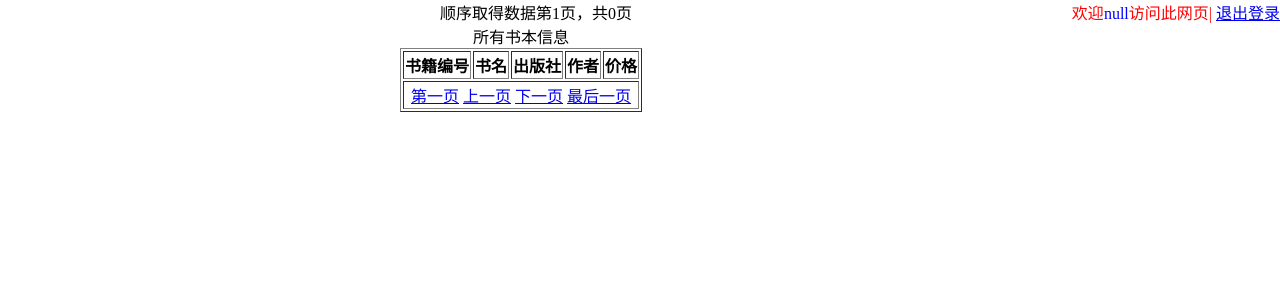
Repository: guirui-li/StudyJavaWeb
Page: http://localhost/JavawebTest/FenServlet?page=1
An editor plug-in stored every save of this project. The page is shown before and after the next save, followed by the edit.
The browser window is 1280 px wide. The pictures show the whole page.
The page is served by Tomcat 9. Other server files are loaded and not shown. Queries for data that is not in the repository find no rows.

Above is the page before, as saved 2019-05-03 07:50:32.

### JavawebTest/WebContent/experiment08/loginSuccess.jsp
<%@ page language="java" contentType="text/html; charset=UTF-8"
    pageEncoding="UTF-8"%>
<%@ page import="java.util.List" %>
<%@ page import="com.guirui.demo04.Book" %>
<!DOCTYPE html>
<html>
<head>
<meta charset="UTF-8">
<title>书本信息</title>
	<style type="text/css">
		body{
			position: relative;
			margin: 0;
			pause: 0;
		}
		#div{
			float: right;
			color: red;
		}
		#a{
			color:red;
		}
		#font{
			text-align: center;
		}
		#table{
			margin-left:400px;
			text-align: center;
		}
	</style>
</head>
<body>
	<%

		String name=(String)request.getSession().getAttribute("name");
		int pagee=(Integer)request.getAttribute("currPage");
		int pages=(Integer)request.getAttribute("pages");
	%>
	<div id="div">
		欢迎<font style="color:blue"><%=name%></font>访问此网页|
		<a href="experiment08/login.jsp">退出登录</a>
	</div>
	<div id="font">
		顺序取得数据第<%=pagee %>页，共<%=pages %>页
	</div>
	<table border="1" id="table">
		<caption >所有书本信息</caption>
		<tr>
			<th>书籍编号</th>
			<th>书名</th>
			<th>出版社</th>
			<th>作者</th>
			<th>价格</th>
		</tr>
		<%
			@SuppressWarnings("unchecked")
			List<Book> list=(List<Book>)request.getAttribute("list");
			for(Book b:list){
		%>
		<tr>
			<td><%=b.getBookID() %></td>
			<td><%=b.getBookName() %></td>
			<td><%=b.getPublishing_House() %></td>
			<td><%=b.getAuthor() %></td>
			<td><%=b.getPrice() %></td>
		</tr>
		<%
			}
		%>
		<tr>
			<td colspan=5>
				<%=request.getAttribute("bar") %>
			</td>
		</tr>
	</table>
</body>
</html>

### JavawebTest/src/com/guirui/demo04/FenServlet.java
package com.guirui.demo04;

import java.io.IOException;
import java.util.List;

import javax.servlet.ServletException;
import javax.servlet.annotation.WebServlet;
import javax.servlet.http.HttpServlet;
import javax.servlet.http.HttpServletRequest;
import javax.servlet.http.HttpServletResponse;

/**
 * Servlet implementation class FenServlet
 */
@WebServlet("/FenServlet")
public class FenServlet extends HttpServlet {
	private static final long serialVersionUID = 1L;

    /**
     * @see HttpServlet#HttpServlet()
     */
    public FenServlet() {
        super();
        // TODO Auto-generated constructor stub
    }

	/**
	 * @see HttpServlet#doGet(HttpServletRequest request, HttpServletResponse response)
	 */
	protected void doGet(HttpServletRequest request, HttpServletResponse response) throws ServletException, IOException {
		int currPage=1;      							//当前页数
		if(request.getParameter("page")!=null) {        //与当前页码是否相等
			currPage=Integer.parseInt(request.getParameter("page"));
		}
		Book book=new Book();
		List<Book> list=book.findAll(currPage);        //得到当前页码对应的数据库数据
		request.setAttribute("list", list);
		int pages;           				//总页数
		int count=book.findCount();         //总记录数
		if(count%Book.PAGE_SIZE==0) {       //对总页数赋值
			pages=count/Book.PAGE_SIZE;
		}else {
			pages=count/Book.PAGE_SIZE+1;
		}
		request.setAttribute("currPage", currPage);
		request.setAttribute("pages", pages);
		StringBuffer sb=new StringBuffer();
		sb.append("<a href='/JavawebTest/FenServlet?page="+1+"'>"+"第一页"+"</a>");
		sb.append(" ");
		if(currPage==1) {
			sb.append("<a href='/JavawebTest/FenServlet?page="+1+"'>"+"上一页"+"</a>");
			sb.append(" ");
		}else {
			sb.append("<a href='/JavawebTest/FenServlet?page="+(currPage-1)+"'>"+"上一页"+"</a>");
			sb.append(" ");
		}
		for(int i=1;i<=pages;i++) {
			if(i==currPage) {
				sb.append("<a href='/JavawebTest/FenServlet?page="+i+"' id='a'>"+i+"</a>");
			}else {
				sb.append("<a href='/JavawebTest/FenServlet?page="+i+"'>"+i+"</a>");
			}
			sb.append(" ");
		}
		if(currPage==pages) {
			sb.append("<a href='/JavawebTest/FenServlet?page="+pages+"'>"+"下一页"+"</a>");
			sb.append(" ");
		}else {
			sb.append("<a href='/JavawebTest/FenServlet?page="+(currPage+1)+"'>"+"下一页"+"</a>");
			sb.append(" ");
		}
		sb.append("<a href='/JavawebTest/FenServlet?page="+pages+"'>"+"最后一页"+"</a>");
		sb.append(" ");
		request.setAttribute("bar", sb.toString());
		request.getRequestDispatcher("/experiment08/loginSuccess.jsp").forward(request, response);
	}

	/**
	 * @see HttpServlet#doPost(HttpServletRequest request, HttpServletResponse response)
	 */
	protected void doPost(HttpServletRequest request, HttpServletResponse response) throws ServletException, IOException {
		// TODO Auto-generated method stub
		doGet(request, response);
	}

}

### JavawebTest/src/com/guirui/demo04/Book.java
package com.guirui.demo04;

import java.sql.Connection;
import java.sql.DriverManager;
import java.sql.PreparedStatement;
import java.sql.ResultSet;
import java.sql.SQLException;
import java.sql.Statement;
import java.util.ArrayList;
import java.util.List;

public class Book {
	private static final String forname="com.mysql.cj.jdbc.Driver";
	private static final String url="jdbc:mysql://localhost:3306/customer?serverTimezone=UTC";
	private static final String username="root";
	private static final String password="654321";
	public static final int PAGE_SIZE=3;
	String bookID;
	String bookName;
	String publishing_House;
	String author;
	int price;
	public Book(){}

	/**
	 * 쉔접宅MySQL鑒앴욋돨젯쌈
	 * @return럿쀼宅鑒앴욋돨젯쌈뚤蹶돨多痰
	 */
	public Connection getConnection(){
		Connection con = null;
		try {
			Class.forName(forname);
			con=DriverManager.getConnection(url,username,password);
		} catch (ClassNotFoundException e) {
			e.printStackTrace();
		}catch(SQLException e) {
			e.printStackTrace();
		}
		return con;
	}

	/**
	 *
	 * @param page 矜狼꿴璂돨女쯤
	 * @return 럿쀼page女뚤壇돨鑒앴
	 */
	public List<Book> findAll(int page) {
		List<Book> list=new ArrayList<Book>();
		String sql="select * from book order by bid limit ?,?";
		Connection conn=this.getConnection();
		PreparedStatement ps=null;
		ResultSet rs=null;
		try {
			ps=conn.prepareStatement(sql);
			ps.setInt(1, (page-1)*Book.PAGE_SIZE);
			ps.setInt(2, Book.PAGE_SIZE);
			rs=ps.executeQuery();
			while(rs.next()) {
				Book book=new Book();
				book.setBookID(rs.getString("bid"));
				book.setBookName(rs.getString("bname"));
				book.setPublishing_House(rs.getString("bpublishinghouse"));
				book.setAuthor(rs.getString("bauthor"));
				book.setPrice(rs.getInt("bprice"));
				list.add(book);
			}
			rs.close();
			ps.close();
			conn.close();
		} catch (Exception e) {
			e.printStackTrace();
		}
		return list;
	}
	/**
	 * 꿴璂customer鑒앴욋돨book깊돨션쩌鑒
	 * @return 럿쀼鑒앴욋櫓book깊돨悧션쩌鑒
	 */

	public int findCount() {
		int count=0;
		String sql="select count(*) from book";
		Connection conn=this.getConnection();
		Statement st=null;
		ResultSet rs=null;
		try {
			st=conn.createStatement();
			rs=st.executeQuery(sql);
			if(rs.next()) {
				count=rs.getInt(1);
			}
			rs.close();
			conn.close();
		} catch (Exception e) {
			e.printStackTrace();
		}
		return count;
	}


	public String getBookID() {
		return bookID;
	}
	public void setBookID(String bookID) {
		this.bookID = bookID;
	}
	public String getBookName() {
		return bookName;
	}
	public void setBookName(String bookName) {
		this.bookName = bookName;
	}
	public String getPublishing_House() {
		return publishing_House;
	}
	public void setPublishing_House(String publishing_House) {
		this.publishing_House = publishing_House;
	}
	public String getAuthor() {
		return author;
	}
	public void setAuthor(String author) {
		this.author = author;
	}
	public int getPrice() {
		return price;
	}
	public void setPrice(int price) {
		this.price = price;
	}

}

After the next save:
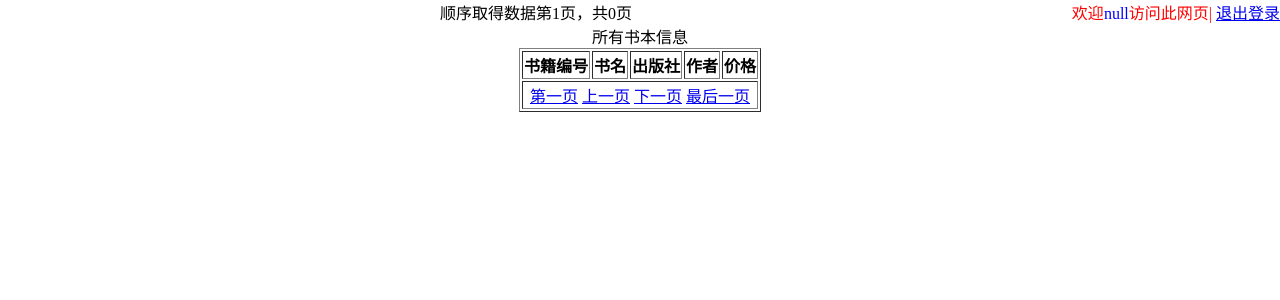
Saved 51 s later.
--- a/JavawebTest/WebContent/experiment08/loginSuccess.jsp
+++ b/JavawebTest/WebContent/experiment08/loginSuccess.jsp
@@ -24,7 +24,7 @@
 			text-align: center;
 		}
 		#table{
-			margin-left:400px;
+			margin:auto;
 			text-align: center;
 		}
 	</style>
